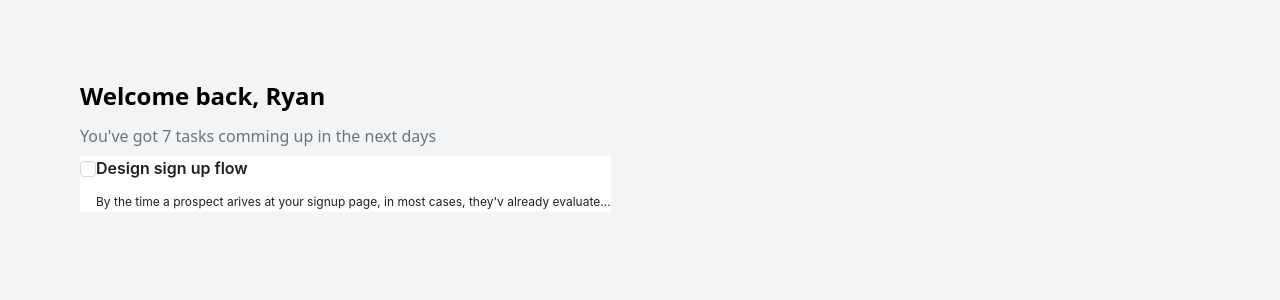
Repository: daohuyhoang9119/TodoApp
Page: /
These files come from the project's save history. The page is drawn as it stood at one moment and after the next save; the edit follows.
The browser window is 1280 px wide. The pictures show the whole page.
The project was rebuilt for these pictures with package versions that can differ from the ones it lists, and the page was loaded fresh each time. Also part of the build but not shown: vite.config.ts, src/App.css.

Above is the page before, as saved 2023-02-22 10:44:24.

### index.html
<!DOCTYPE html>
<html lang="en">

<head>
  <meta charset="UTF-8" />
  <link rel="icon" type="image/svg+xml" href="/vite.svg" />
  <meta name="viewport" content="width=device-width, initial-scale=1.0" />
  <title>Do It N💲W</title>
</head>

<body>
  <div id="root"></div>
  <script type="module" src="/src/main.tsx"></script>
</body>

</html>

### src/App.tsx
import { useState } from "react";
import "./App.css";
import Header from "./components/Header/Header";
import TaskItem from "./components/TaskItem/TaskItem";
function App() {
  return (
    <div className="w-full p-20 bg-gray-100">
      <Header />
      <TaskItem />
    </div>
  );
}

export default App;

### src/components/Header/Header.tsx
import { useState } from "react";

function Header() {
  return (
    <div className="">
      <h1 className="font-sans text-2xl font-semibold mb-3">
        Welcome back, Ryan
      </h1>
      <p className="font-sans text-gray-500">
        You've got 7 tasks comming up in the next days
      </p>
    </div>
  );
}

export default Header;

### src/components/TaskItem/TaskItem.tsx
import { useState } from "react";
import { Typography, Checkbox } from "antd";

const { Title, Text } = Typography;
import { UserOutlined } from "@ant-design/icons";
import { Input } from "antd";

function TaskItem() {
  return (
    <div className="flex justify-center my-2 bg-white w-fit">
      <div className="">
        <Checkbox></Checkbox>
      </div>
      <div className="">
        <Title level={5} className="text-xs ">
          Design sign up flow
        </Title>
        <Text className="text-xs ">
          By the time a prospect arives at your signup page, in most cases,
          they'v already evaluate...
        </Text>
      </div>
    </div>
  );
}

export default TaskItem;

Loaded but not shown: src/main.tsx (common file); src/index.css (common file); tailwind.config.cjs (common file)

After the next save:
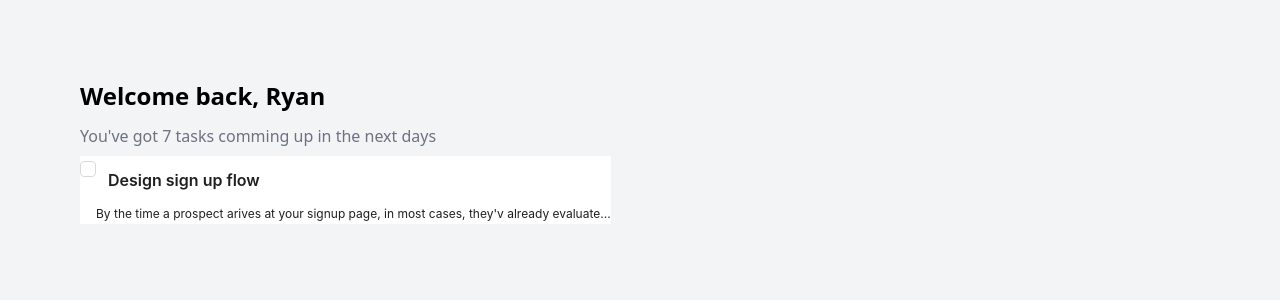
Saved 14 s later.
--- a/src/components/TaskItem/TaskItem.tsx
+++ b/src/components/TaskItem/TaskItem.tsx
@@ -12,7 +12,7 @@
         <Checkbox></Checkbox>
       </div>
       <div className="">
-        <Title level={5} className="text-xs ">
+        <Title level={5} className="text-xs m-3">
           Design sign up flow
         </Title>
         <Text className="text-xs ">

After the save that followed:
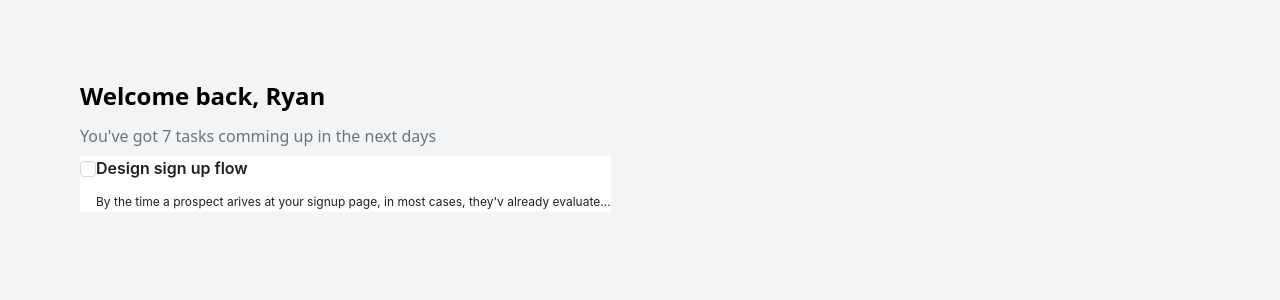
Saved 16 s later.
--- a/src/components/TaskItem/TaskItem.tsx
+++ b/src/components/TaskItem/TaskItem.tsx
@@ -12,7 +12,7 @@
         <Checkbox></Checkbox>
       </div>
       <div className="">
-        <Title level={5} className="text-xs m-3">
+        <Title level={5} className="text-xs">
           Design sign up flow
         </Title>
         <Text className="text-xs ">
